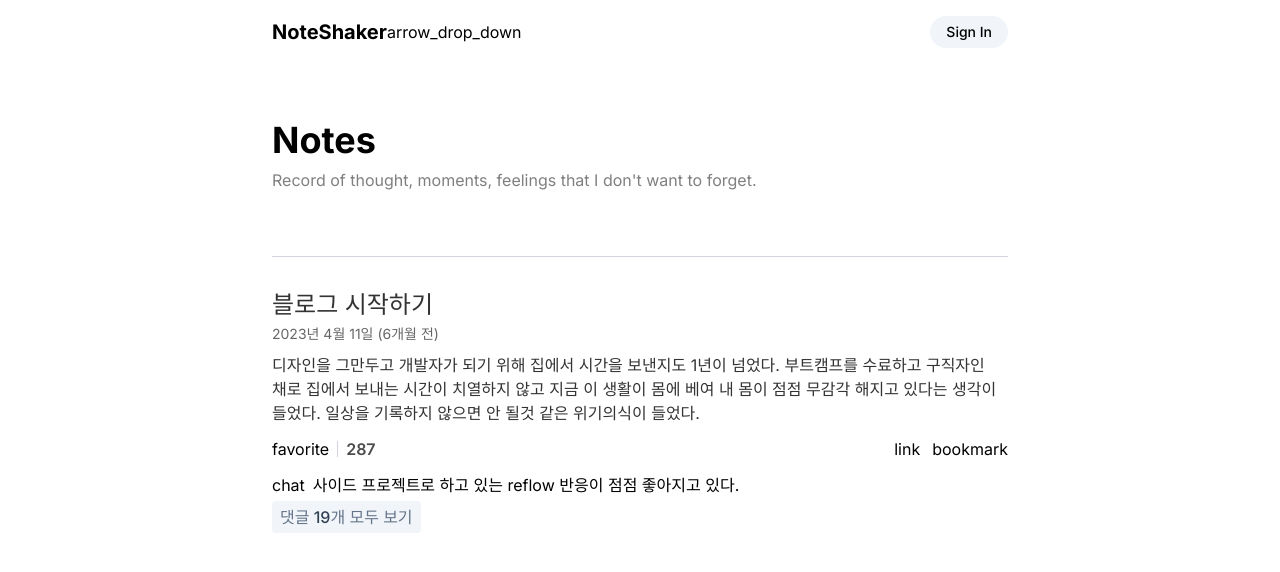
Repository: kwngmin/gongam
Page: /
The author's editor kept a copy of each file at every save. The page is drawn from the files as they stood at one save, then again after the next save.
The browser window is 1280 px wide. The pictures show the whole page.
The page's requests for data from a server got no answer. The project was rebuilt for these pictures with package versions that can differ from the ones it lists, and the page was loaded fresh each time. The framework's server and built-in components were replaced by stand-ins that run in the browser. No one was signed in, and anything a server would have sent is missing. Also part of the build but not shown: next.config.js, src/components/ui/icons/SearchIcon.tsx, src/components/Avatar.tsx, src/components/ui/DockButton.tsx, src/components/ui/Dockbar.tsx.

Above is the page before, as saved 2023-11-05 01:01:58.

After the next save:
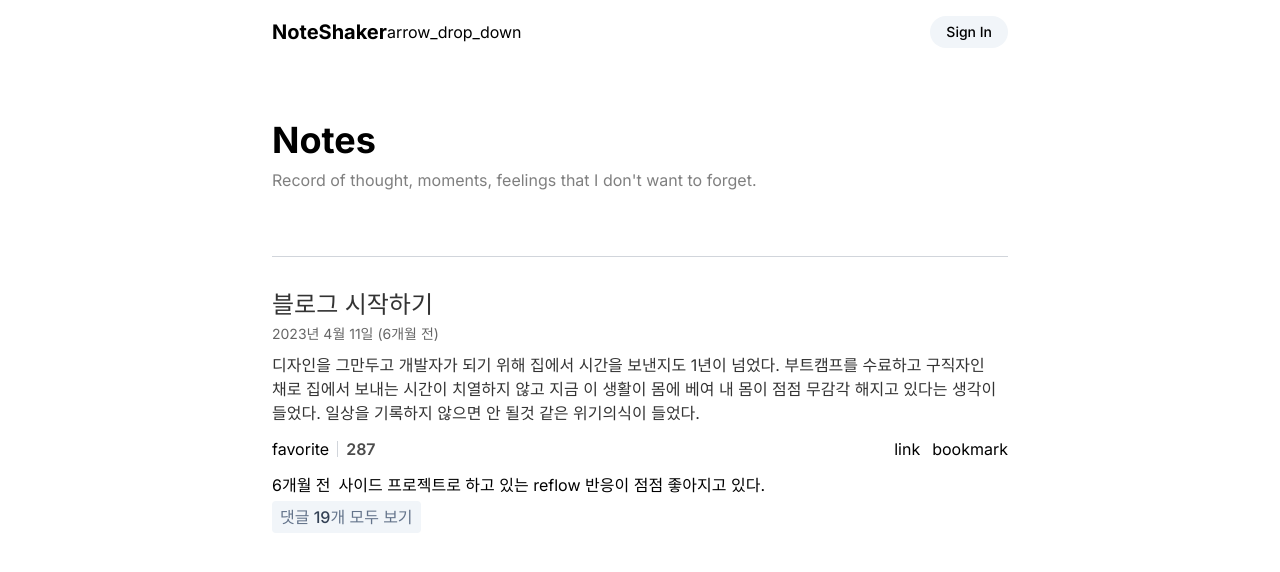
Saved 45 s later.
--- a/src/components/NotePost.tsx
+++ b/src/components/NotePost.tsx
@@ -31,7 +31,8 @@ export default function NotePost() {
       </div>
       <div className='flex flex-col gap-1'>
         <div className='flex items-center gap-2'>
-          <RoundIcon filled name='chat' style='' />
+          <span>6개월 전</span>
+          {/* <RoundIcon filled name='chat' style='' /> */}
           사이드 프로젝트로 하고 있는 reflow 반응이 점점 좋아지고 있다.
         </div>
         <span className='w-fit cursor-pointer py-1 px-2 bg-slate-100 rounded text-slate-500 select-none font-medium'>
